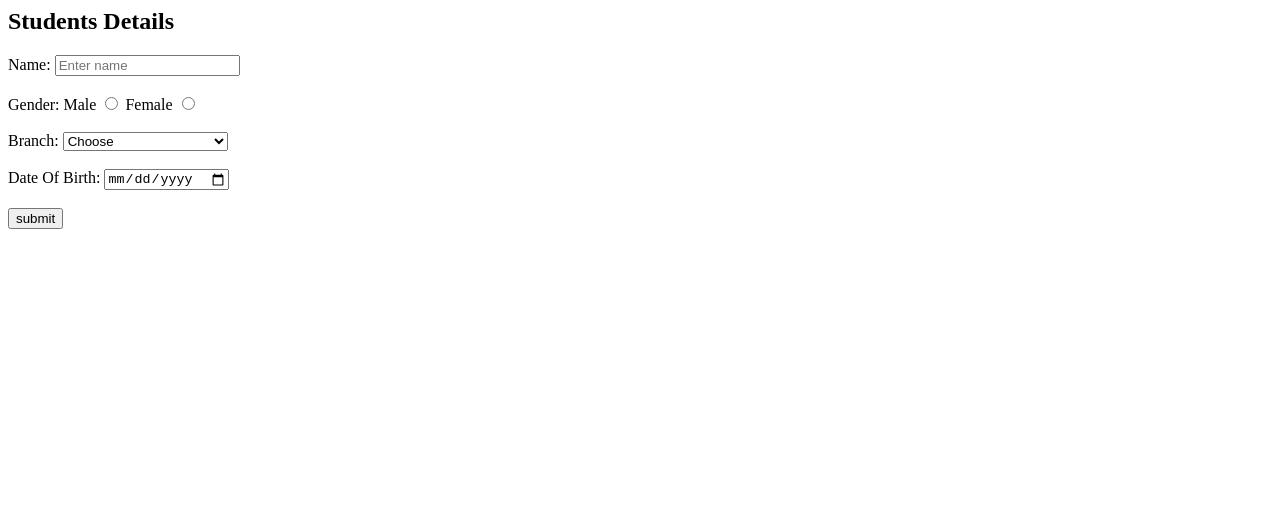
Repository: netravatih-paycorp/Assignments
Page: http://localhost/SpringMvc/home.jsp
These files come from the project's save history. The page is drawn as it stood at one moment and after the next save; the edit follows.
The browser window is 1280 px wide. The pictures show the whole page.
The page is served by Tomcat 9. Other server files are loaded and not shown.

Above is the page before, as saved 2023-07-17 12:10:12.

### SpringMvc/src/main/webapp/home.jsp
<html>
<head>
<script>
function validateDate()
{
	 var input= document.getElementById("DOB").value;

	 var today = new Date();
	 var selectedDate = new Date(input);
	    if (selectedDate >= today) {
	        alert("Invalid date of birth..!");

	    }
	    else
	    	{
	    	alert("valid date of Birth..")
	    	document.getElementById("saveForm").submit();
	    	}
}
</script>

<style>
#h{
        background-color: white;
        border: 2px solid black;
        height:350px;
        width:300px;
        position:absolute;
        top:130px;
        left:450px;
}
</style>

</head>

<body>
<div>
    <form action="save" method="post" id="saveForm" >
                 <h2> Students Details</h2>
		Name: <input type="text" name="name" placeholder="Enter name">
		<br>
		<br>

		Gender: <label>Male</label>	<input type="radio" name="gender" value="male">
		<label>Female</label>	<input type="radio" name="gender" value="female">
		 <br>
		 <br>

		Branch: <select  name="branch" >
		   <option> Choose </option>
           <option>Computer Science</option>
           <option>Electrical Engineering</option>
           <option >Mechanical Engineering</option>
           <option>Civil Engineering</option>
           <option>E&C Engineering</option>
           </select>
       <br>
       <br>

		Date Of Birth: <input type="date" id="DOB" name="DOB" >
        <br>
        <br>
		<button onClick="validateDate()" type="button">submit</button>
	</form>

	</div>


</body>
</html>

After the next save:
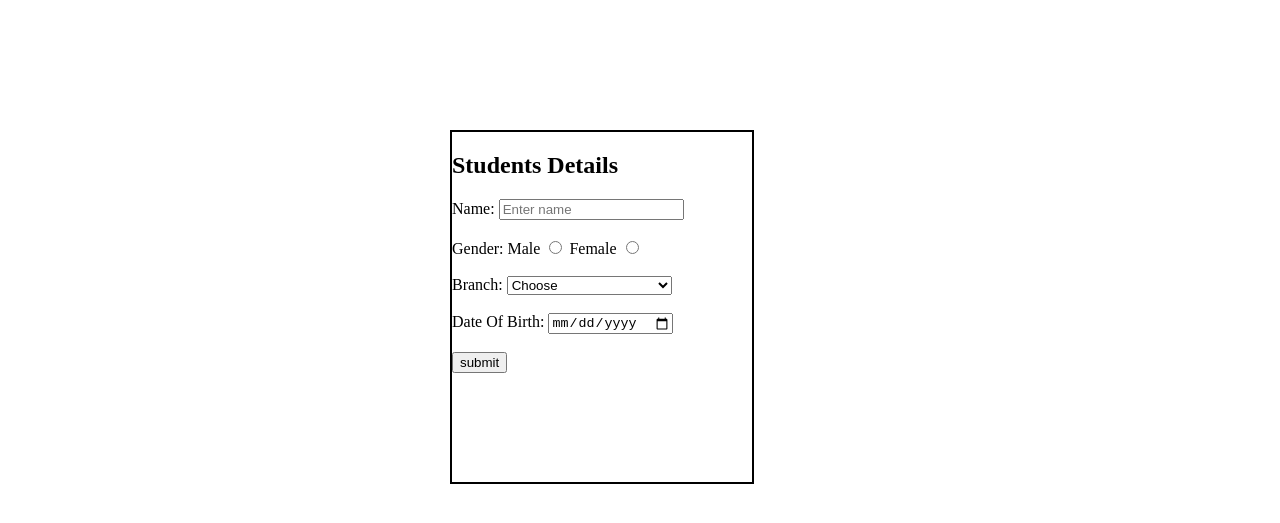
Saved 21 s later.
--- a/SpringMvc/src/main/webapp/home.jsp
+++ b/SpringMvc/src/main/webapp/home.jsp
@@ -20,7 +20,7 @@ function validateDate()
 </script>
 
 <style>
-#h{
+.h{
         background-color: white;
         border: 2px solid black;
         height:350px;
@@ -34,7 +34,7 @@ function validateDate()
 </head>
 
 <body>
-<div>
+<div class="h">
     <form action="save" method="post" id="saveForm" >
                  <h2> Students Details</h2>
 		Name: <input type="text" name="name" placeholder="Enter name">
